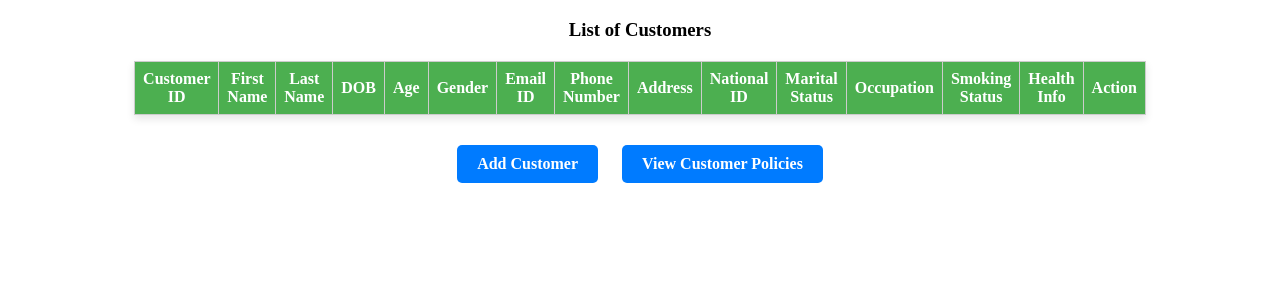
Repository: sowmini-nats/git-spring-project
Page: http://localhost/InsuranceAutomationSystem/CustomerView.jsp
The author's editor kept a copy of each file at every save. The page is drawn from the files as they stood at one save, then again after the next save.
The browser window is 1280 px wide. The pictures show the whole page.
The page is served by Tomcat 10. The template is opened directly, without the code that normally fills it, so the values that code supplies are empty.

Above is the page before, as saved 2023-10-31 00:32:25.

After the next save:
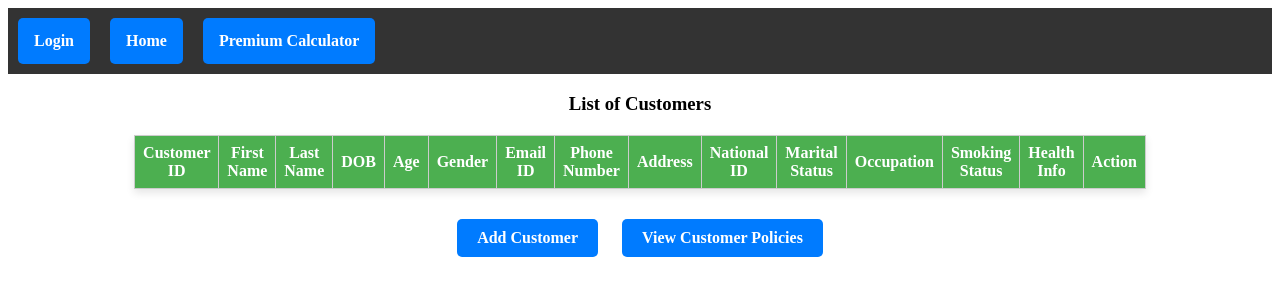
Saved 27 s later.
--- a/eclipse-workspace-jspassessment/InsuranceAutomationSystem/src/main/webapp/CustomerView.jsp
+++ b/eclipse-workspace-jspassessment/InsuranceAutomationSystem/src/main/webapp/CustomerView.jsp
@@ -78,6 +78,7 @@ table {
     }
     </style>
 <body>
+<jsp:include page="navbar.jsp"/>
 <center>
 <H3>List of Customers</H3>
     <table >
